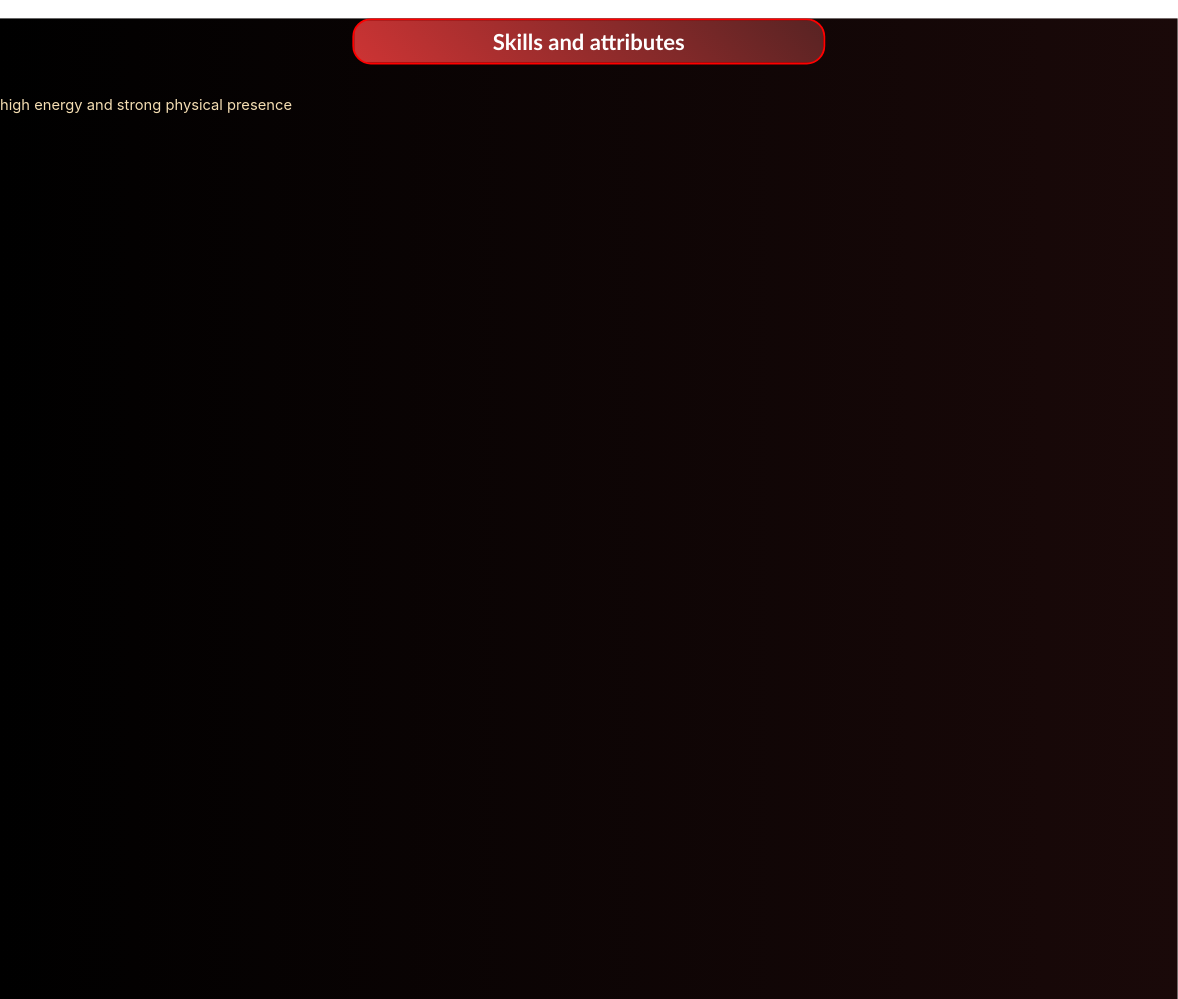
Repository: TMuse333/resume1
Page: /
The author's editor kept a copy of each file at every save. The page is drawn from the files as they stood at one save, then again after the next save.
The browser window is 1280 px wide. The pictures show the whole page, at 92% of full size.
The project was rebuilt for these pictures with package versions that can differ from the ones it lists, and the page was loaded fresh each time. Also part of the build but not shown: vite.config.js, src/components/navbar.jsx, src/components/about.jsx, src/components/contact.jsx, src/components/footer.jsx, src/components/experience.jsx, src/components/carousel.jsx, src/components/experienceCarousel.jsx and 4 more. Imported but missing from the stored project, and not drawn on this page: src/images/best_dunk.mp4.

Above is the page before, as saved 2023-10-18 14:52:01.

### index.html
<!doctype html>
<html lang="en">
  <head>
    <meta charset="UTF-8" />

    <meta name="viewport" content="width=device-width, initial-scale=1.0" />
    <title>Thomas Musial Resume 1</title>
  </head>
  <body>
    <div id="root"></div>
    <script type="module" src="/src/main.jsx"></script>
  </body>
</html>

### src/main.jsx
import './index.css'
import * as React from 'react';
import { StrictMode } from 'react';
import { createRoot } from 'react-dom/client';
import { BrowserRouter } from 'react-router-dom';

import App from './App';

const rootElement = document.getElementById('root');
const root = createRoot(rootElement);

root.render(
  <StrictMode>
    <BrowserRouter>
      <App />
    </BrowserRouter>
  </StrictMode>
);

### src/index.css
:root {
  font-family: Inter, system-ui, Avenir, Helvetica, Arial, sans-serif;
  line-height: 1.5;
  font-weight: 400;

  /* color-scheme: light dark; */
  color: rgba(255, 255, 255, 0.87);
  background-color: #242424;

  font-synthesis: none;
  text-rendering: optimizeLegibility;
  -webkit-font-smoothing: antialiased;
  -moz-osx-font-smoothing: grayscale;
  -webkit-text-size-adjust: 100%;
}

a {
  font-weight: 500;
/* color:black; */
  text-decoration: inherit;
}
a:hover {

}

body {
  margin: 0;
  display: flex;
  place-items: center;
  min-width: 320px;
  min-height: 100vh;
}

h1 {
  font-size: 3.2em;
  line-height: 1.1;
}

button {
  border-radius: 8px;
  border: 1px solid transparent;
  padding: 0.6em 1.2em;
  font-size: 1em;
  font-weight: 500;
  font-family: inherit;

  cursor: pointer;
  transition: border-color 0.25s;
}
button:hover {

}
button:focus,
button:focus-visible {

}

@media (prefers-color-scheme: light) {
  :root {
    /* color: #213547; */
    background-color: #ffffff;
  }
  a:hover {

  }
  button {
    background-color: #f9f9f9;
  }
}

### src/App.jsx
import { useState } from 'react'
import './App.css'
import {
  BrowserRouter as Router,

  Route, Routes

} from "react-router-dom";




import MainLayout from './components/MainLayout';

import { SkillProvider } from './context/context'
import FAQ from './components/FAQ';
import Progress from './components/progress';


function App() {
  return (
    <>

    <SkillProvider>
   <Routes>

      <Route path='/' element={<MainLayout/>}/>
     <Route path="/FAQ" element={<FAQ/>}/>
     <Route path="/progress" element={<Progress/>}/>
      </Routes>
      </SkillProvider>


   </>
  );
}

export default App;

### src/components/MainLayout.jsx
import React from 'react';
import Navbar from './navbar';
import About from './about';
import Skills from './skills';

import ContactForm from './contact';
import Footer from './footer';
import Carousel from './carousel';



import ExperienceCarousel from './experienceCarousel';
import BulletPointList from './bulletPointList';

 // Replace with the actual path to your Navbar component

function MainLayout({ children }) {
  return (
   <>
   {/* <Navbar/> */}
   {/* <About/> */}
   <Skills/>
   {/* <BulletPointList/> */}
  {/* <Carousel/> */}
    {/* <ExperienceCarousel/> */}
    {/* <ContactForm/> */}
    {/* <Footer/> */}
    </>


  );
}

export default MainLayout;

### src/context/context.jsx
// SkillContext.js

import React, { createContext, useContext, useState } from 'react';

// Create the SkillContext
const SkillContext = createContext();

// Create a custom hook for accessing the SkillContext
export function useSkillContext() {
  return useContext(SkillContext);
}

// Create the SkillProvider component
export function SkillProvider({ children }) {
  const [selectedSkillIndex, setSelectedSkillIndex] = useState(null);

  return (
    <SkillContext.Provider value={{ selectedSkillIndex, setSelectedSkillIndex }}>
      {children}
    </SkillContext.Provider>
  );
}

### src/components/skills.jsx
import React, { useEffect, useState } from 'react';
import { motion } from 'framer-motion';
import { attributes } from './skillDesc';

import { services } from './skillDesc';
import { useSkillContext } from '../context/context';

const Skills = () => {
  const [skillsInView, setSkillsInView] = useState(Array(services.length).fill(false));
  const { selectedSkillIndex, setSelectedSkillIndex } = useSkillContext();
  const [isHovered, setIsHovered] = useState(-1)
  const [isSkillDescriptionVisible, setIsSkillDescriptionVisible] = useState(Array(services.length).fill(false));


  const handleSkillClick = (index) => {
    setSelectedSkillIndex(index);
    console.log(selectedSkillIndex)

    setIsSkillDescriptionVisible((prev) => {
      const newIsSkillDescriptionVisible = [...prev];
      newIsSkillDescriptionVisible[index] = !prev[index];

      return newIsSkillDescriptionVisible;
    });
  };



  const handleHover = () => {
        setIsHovered(index)
  }


  const style = (index) =>( {

    height: selectedSkillIndex === index  && isSkillDescriptionVisible[index]? '375px' : '200px',
    transition: 'height 0.3s ease-in-out',
  })





  const staggerVariants = {
    visible: (index) => ({
      opacity: 1,
      x: 0,
       // Always start from the center
      transition: {
        duration:  + 0.5,
      },
    }),
    hidden: (index) => ({
      opacity: 0,
      x: -100, // Alternate between left and right
    }),
  };

  const skillStyles = (index) => ({
    // boxShadow: isHovered === index ? '0 0 100px rgba(10, 128, 0, 1)' : null,
    backgroundColor: isHovered === index ? 'rgba(305, 100, 100, 1)' : 'transparent',

    transform: isHovered === index ? 'scale(1.2)' : 'scale(1)',
    padding: '10px',
    borderRadius: '30px'

});

  useEffect(() => {
    const handleScroll = () => {
      services.forEach((skill, index) => {
        const skillsSection = document.getElementById(`skill-${index}`);
        if (skillsSection) {
          const { top} = skillsSection.getBoundingClientRect();


          const threshold = 100

          // Check if the skills section is in the viewport with the calculated threshold
          const isInView = top < window.innerHeight - threshold  ;
      //    console.log(`Skill ${index} - top: ${top}, window.innerHeight - threshold: ${window.innerHeight - threshold}, isInView: ${isInView}`);
          // Update the skillsInView array with the new in-view state
          setSkillsInView((prevSkillsInView) => {
            const newSkillsInView = [...prevSkillsInView];
            newSkillsInView[index] = isInView || prevSkillsInView[index]; // Update the state to true if already in view
            return newSkillsInView;
          });
        }
      });
    };

    // Add an event listener for scroll
    window.addEventListener('scroll', handleScroll);

    // Clean up the event listener when the component unmounts
    return () => {
      window.removeEventListener('scroll', handleScroll);
    };
  }, []);




  return (
    <section id="skills" className="skills-section">
      <h2 className="section-title">Skills and attributes</h2>
      <div className="skills-container ">
        {attributes.map((skill, index) => (
          <motion.div
            key={index}
            id={`skill-${index}`} // Unique ID for each skill
            className="attribute-container"
            variants={staggerVariants}
            initial="hidden"
            animate={skillsInView[index] ? 'visible' : 'hidden'}
            custom={index}
            style={style(index)}


          >

            <p>{skill.name}</p>
            <p></p>


                {/* <div className='skill-description'>
                {skill.description}

                </div> */}



              {/* {isSkillDescriptionVisible[index] && selectedSkillIndex === index? skill.description : null} */}


               {/* <button
                onClick={() => handleSkillClick(index)}
                style={skillStyles(index)}
                onMouseEnter={()=>setIsHovered(index)}
                onMouseLeave={()=>setIsHovered(-1)}>
                   {isSkillDescriptionVisible[index] && selectedSkillIndex ===index ? 'close' : 'learn more'}
               </button> */}






          </motion.div>
        ))}
      </div>
    </section>
  );
};

export default Skills;

### src/components/skillDesc.js
import vegeta from '../images/vegeta-battle.png';
import majinVegeta from '../images/majin-vegeta.png'
import kakashi from '../images/kakashi-susanoo.jpg'
import abu from '../images/abu.png'
import obito from '../images/war_obito.jpg'
import ss1goku from '../images/ss1-goku.png'
import kakashi1 from '../images/first-kakashi.jpg'
import itachi1 from '../images/first-itachi.png'
import susanoo from '../images/susanoo.jpg'
import abuFlex from '../images/aboubacar-5-fire.png'
import vegeta1 from '../images/first-vegeta.png'
import abu1 from '../images/abu3.jpg'
import broly from '../images/broly.jpg'



import dunk from '../images/important_dunk.jpg'
import art from '../images/vegeta_progress.jpg'
import muscle from '../images/muscular_thomas.png'
import goku from '../images/goku-vs-jiren.jpg'

import smallTom from '../images/progress-pics/biggerTMuse.jpg'
import biggerTom from '../images/progress-pics/biggerTMuse.jpg'






export const experiences = [
  {
    title: 'Gym progress',
    description: 'Since the age of 13, I have been dedicated to building a strong body through weight training. '+
    'This has given me a high work capacity and how to deal with stress and work through it, which Im sure is an important skill for sales',
    image: muscle,
    height: 200,
    width: 30,
    maxWidth: 350,
    index:0


  },
  {
    title: 'Drawing progress',
    description: 'Ever since I was a young boy, I have been into drawing, it taught me how to really focus on a particular object and copy it detail for detail '+
    'I am sure I will be able to apply the focus and attention to detail into a sales career! Im sure it will also translate into creating useful and unique advertisements!',
    image: abuFlex,
    height: 50,
    width: 80,
    maxWidth: '300',
    index:1


  },
  {
    title: 'Dunking progress',
    description: "Wanting to ability to dunk for basketball, I dedicated myself to vertical jump training, "+
    "which took a lot more effort and planning than regular bodybuilding. "+
    "I will take the same structured approach to learning the art of sales!",
    image: dunk,
    height: 500,
    width: 250,
    maxWidth: '300',
    index:2

  },


]





  export const services = [
    {
      name: 'A very disciplined and focused individual',
      description: 'I live a very structured life to ensure that no precious time is wasted.'+
      'I always ensure to get around 2 to 4 hours of concentrated work with no distractions in a day while going to the gym first thing in the morning.'+
      ' while ending the day with an hour long meditation.'
    },
    // {
    //   name: 'Strong thirst for knowledge',
    //   description: 'I am always looking for new ways to improve my life and learn how the world works and why. '+
    //   'Over the last two years I have read approximately 45 books covering subjects on self development, psychology and quantum physics among other subjects '+
    //   "to try and understand the best way to navigate through life"
    // },
    // {
    //   name: 'Very calm individual and high stress tolerance',
    //   description: "As a very focused person, I dont let other meaningless external factors effect the primary objective."+
    //   'Through years of competitive basketball and years of weight lifting, I have learned how to preform under pressure situations '+
    //   'and complete the objective. I also practice stoicism and accept things the way they are and focus only on what I can control.'
    // },
    // {
    //   name: 'Very coachable',
    //   description:
    //   'Through out my basketball years I was very obidient to my coaches and did as I was told.'+
    //   'I will take whatever sales training you give me very seriously and do my best to implement it effectivley'
    // },
    // {
    //   name: 'Very tenacious',
    //   description: `Whatever task or subject I've taken on in my life, I have dedicated substantial periods of time to improve at it,` +
    //   'Whenever I put my mind to something I put all of my effort into it and made great improvements at it.'+
    //   " I am ready for sales to be the next thing I become great at."
    // },
    // {
    //   name: 'Competent with technology',
    //   description: 'I completed two years of computer science at Dalhousie university, giving me a solid foundation on how '+
    //   "to use technology. I even built this website myself!"
    // },
    // {
    //   name: 'Very well presented',
    //   description: 'I am aware that how you present yourself matters in a sales job '+
    //   "and I put substantial effort into my appearance by staying in great shape and putting together nice business orientated outfits on to be taken seriously"
    // },
    // {
    //   name: 'Thrives on diligence and hard work.',
    //   description: 'I am a man who is built to work, especially at my young age of 20 where I have large amounts of energy to expend.'+
    //   `I always put my best effort forward because I dislike being lazy and wasting all of my potential, as you only live once.` +
    //   'Where ever I go I put my best foot forward and do my best to gain the maximum benefit from anything I do'
    // },
    // Add more services here if needed
  ];


export const progress = [


  {
    name:'art progress',
    images:[
      {
        name:vegeta1,
        style: {
          width:'50vw',
          maxWidth: '400px',
          maxHeight: null,
          transform: 'translateY(25%)'
        }
      },

      {
        name:vegeta,
        style: {
          width:'50vw',
          maxWidth: '400px',
          maxHeight:'600px'
        }
      },
      {
        name:ss1goku,
        style: {
          width:'50vw',
          maxWidth: '400px',
          maxHeight: '454px',
          transform: 'translateY(25%)',
         // height:'454px'
        }
      },
      {
        name:broly,
        style: {
          width:'50vw',
          maxWidth: '400px',
          maxHeight:'600px'
        }
      },
      {
        name:kakashi1,
        style: {
          width:'50vw',
          maxWidth: '400px',
          maxHeight: null,
          transform: 'translateY(25%)'
        }
      },
      {
        name:kakashi,
        style: {
          width:'50vw',
          maxWidth: '400px',
          maxHeight:'600px'
        }
      },
      {
        name:abu1,
        style: {
          width:'50vw',
          maxWidth: '400px',
          maxHeight:'600px',
        //  height: '231px'
        }
      },
      {
        name:abuFlex,
        style: {
          width:'50vw',
          maxWidth: '400px',
          maxHeight:'600px',
          transform: 'translateY(20%)',
      //  height:'311px'
        }
      },

    ],
    description:
    'art is phenomenal'

  },

]


export const attributes = [
  {
    name: 'high energy and strong physical presence',
    description:'I have been committed to rigorous physical training my whole life, '+
    'this has given me lots of energy and a strong physical presence which Im sure will '+
    'help me in sales'
  },
  {
    name:'excels in creativity visual communication',
    description:'I have made multiple highlight reel videos and have an extenisive art '+
    'collection of characters that I have drawn, Ive always been great at coming up with ideas.'+
    'I will be able to make great advertisements for cars!'
  },
  {
    name:'very tenacious person',
    description:'Whatever endeavour I have done in my life, I have always given it my best effort '+
    'wether it has been basketball, which I played competitively for 10 years, bodybuilding, or vertical jump training, art or '+
    'anything else, I always look for the best way to improve at anything I set my mind to and make fantasitc progress and dont stop '+
    'showing up until the job gets done. Sales will be the exact same.'
  },
  {
    name:'Very good at karaoke',
    description:'I have around 1-2 hours of songs that I can sing along with word for word, '+
    "I'm sure it will translate well into memorizing any sales script you give me and being to articulate it well"
  },
  {
    name:'Very stoic and a great mindset',
    description:"I've always been a very calm person and can preform under pressure, as I did for many years "+
    "with basketball, I don't let external factors that I can't control bother me and I do my best while accepting whatever happens, "+
    "focusing on how I can be better for the next task"
  },

]

Loaded but not shown: src/App.css (713 lines, source omitted)

After the next save:
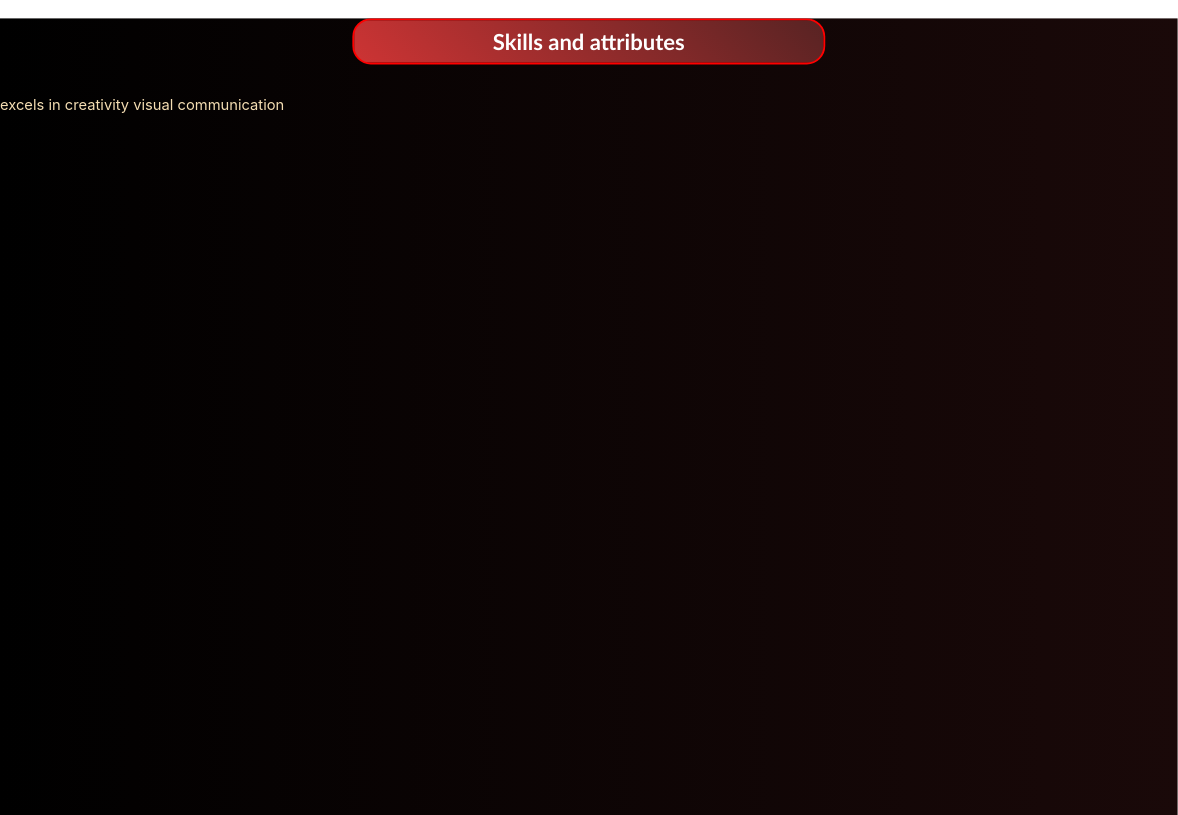
Saved 54 s later.
--- a/src/components/skillDesc.js
+++ b/src/components/skillDesc.js
@@ -212,12 +212,12 @@
 
 
 export const attributes = [
-  {
-    name: 'high energy and strong physical presence',
-    description:'I have been committed to rigorous physical training my whole life, '+
-    'this has given me lots of energy and a strong physical presence which Im sure will '+
-    'help me in sales'
-  },
+  // {
+  //   name: 'high energy and strong physical presence',
+  //   description:'I have been committed to rigorous physical training my whole life, '+
+  //   'this has given me lots of energy and a strong physical presence which Im sure will '+
+  //   'help me in sales'
+  // },
   {
     name:'excels in creativity visual communication',
     description:'I have made multiple highlight reel videos and have an extenisive art '+

After the save that followed:
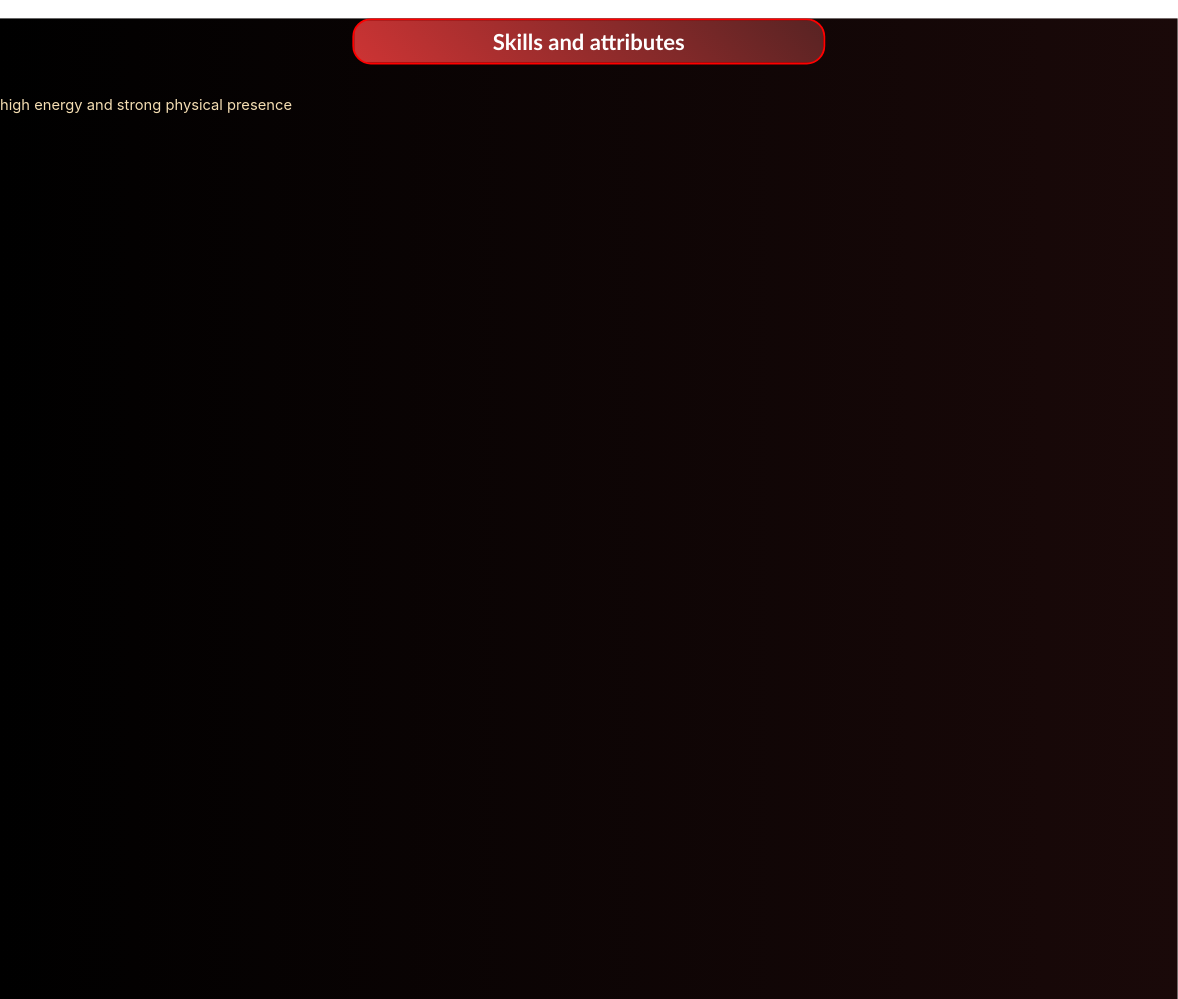
Saved 5 s later.
--- a/src/components/skillDesc.js
+++ b/src/components/skillDesc.js
@@ -212,12 +212,12 @@
 
 
 export const attributes = [
-  // {
-  //   name: 'high energy and strong physical presence',
-  //   description:'I have been committed to rigorous physical training my whole life, '+
-  //   'this has given me lots of energy and a strong physical presence which Im sure will '+
-  //   'help me in sales'
-  // },
+  {
+    name: 'high energy and strong physical presence',
+    description:'I have been committed to rigorous physical training my whole life, '+
+    'this has given me lots of energy and a strong physical presence which Im sure will '+
+    'help me in sales'
+  },
   {
     name:'excels in creativity visual communication',
     description:'I have made multiple highlight reel videos and have an extenisive art '+
